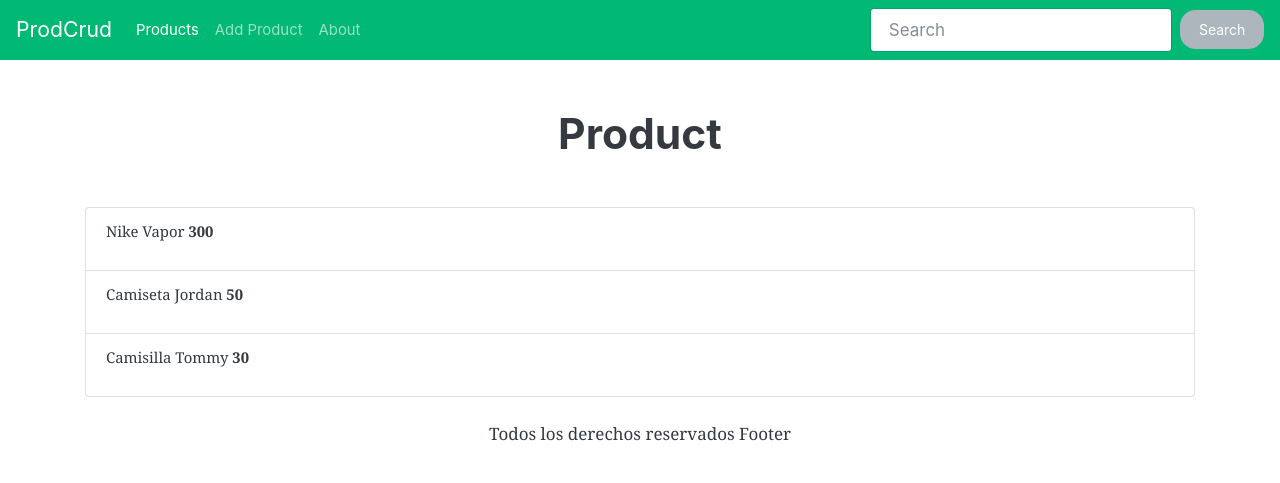
Repository: harrycampaz/router-reactjs
Page: /products
These files come from the project's save history. The page is drawn as it stood at one moment and after the next save; the edit follows.
The browser window is 1280 px wide. The pictures show the whole page.
The project was rebuilt for these pictures with package versions that can differ from the ones it lists, and the page was loaded fresh each time. Requests to the local data server were answered from the project's data file. Also part of the build but not shown: src/components/Product/AddProduct.js, src/components/Product/EditProduct.js.

Above is the page before, as saved 2020-01-24 22:06:47.

After the next save:
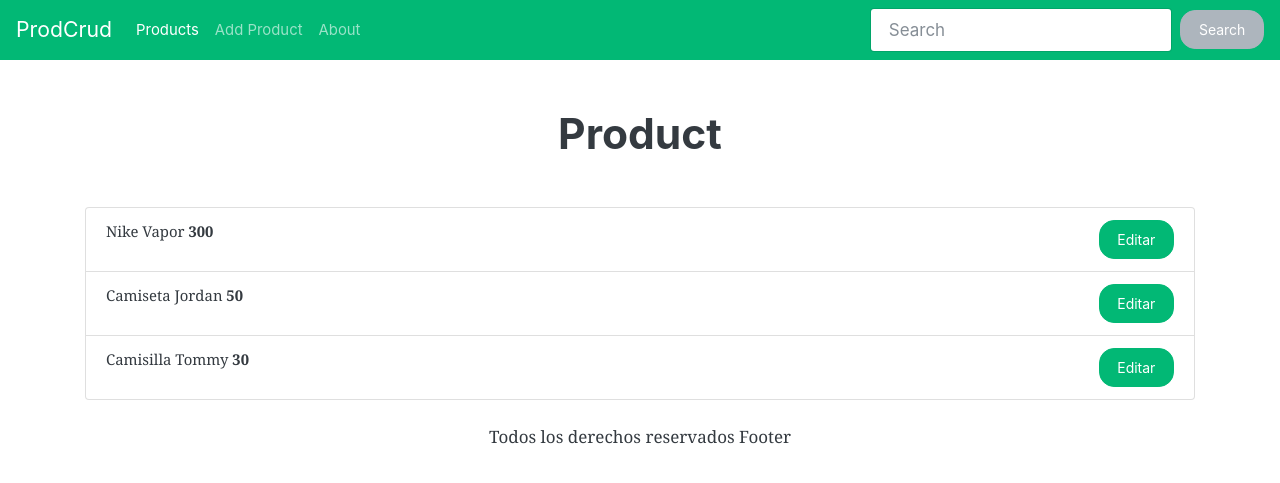
Saved 92 s later.
--- a/src/components/Product/Product.js
+++ b/src/components/Product/Product.js
@@ -1,18 +1,21 @@
 import React from 'react';
+import { Link } from 'react-router-dom';
 
-function Product({product}) {
+function Product({ product }) {
     return (
 
-       <li className="list-group-item d-flex justify-content-between" data-category={product.category}>
-           <p>
+        <li className="list-group-item d-flex justify-content-between" data-category={product.category}>
+            <p>
 
-{product.name} {' '}
-    <span className="font-weight-bold">{product.price}</span>
-           </p>
-           <div>
+                {product.name} {' '}
+                <span className="font-weight-bold">{product.price}</span>
+            </p>
+            <div>
 
-           </div>
-       </li>
+                <Link to={`/products/${product.id}`} className="btn btn-success" >Editar</Link>
+
+            </div>
+        </li>
     );
 }
 
